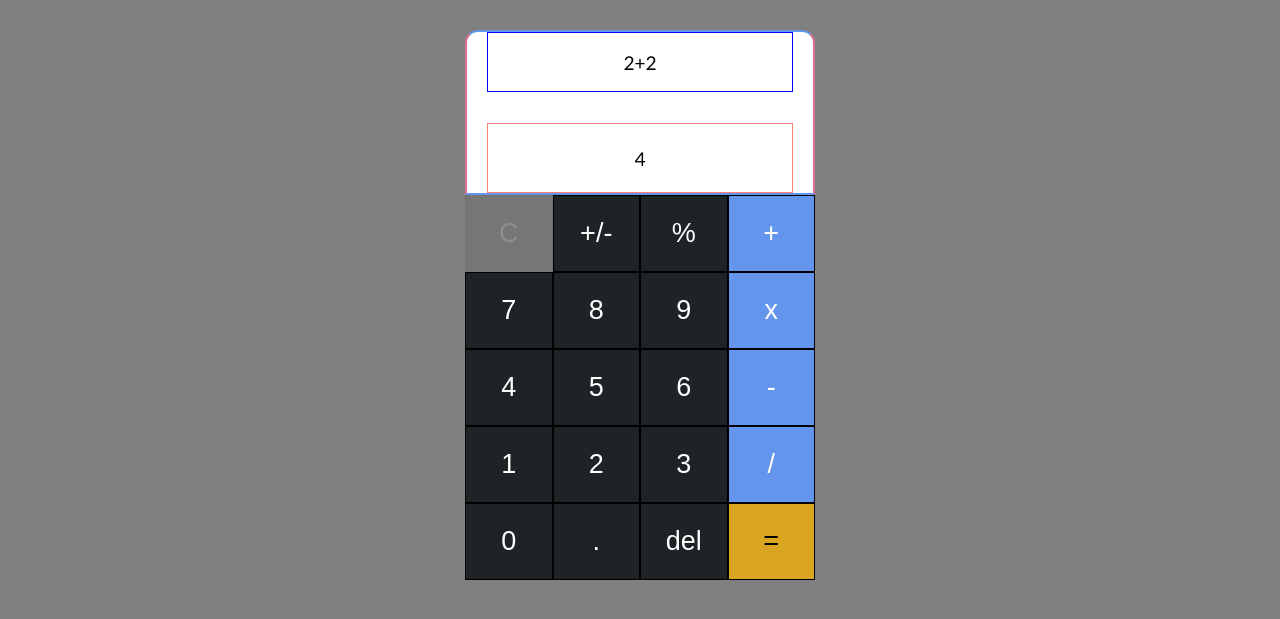
Repository: OfirLana/Calculator
Page: index.html
The author's editor kept a copy of each file at every save. The page is drawn from the files as they stood at one save, then again after the next save.
The browser window is 1280 px wide. The pictures show the whole page.
The pointer rests on the first visible `.btn`.

Above is the page before, as saved 2019-03-14 19:20:20.

### index.html
<!DOCTYPE html>
<html lang="en">

<head>
    <meta charset="UTF-8">
    <meta name="viewport" content="width=device-width, initial-scale=1.0">
    <meta http-equiv="X-UA-Compatible" content="ie=edge">
    <link href="https://fonts.googleapis.com/css?family=Lato:100,300,400,700,900" rel="stylesheet">
    <title>Document</title>
    <link rel="stylesheet" href="style.css">
</head>

<body>
    <div class="calculator">
        <div class="output_box">
            <div class="main_output">
2+2


            </div>
            <div class="sub_output">
4


            </div>
        </div>


        <div class="opeartor_box">
            <button class="btn dlt">C</button>
            <button class="btn">+/-</button>
            <button class="btn ">%</button>
            <button class="btn op">+</button>
            <button class="btn">7</button>
            <button class="btn">8</button>
            <button class="btn">9</button>
            <button class="btn op">x</button>
            <button class="btn">4</button>
            <button class="btn">5</button>
            <button class="btn">6</button>
            <button class="btn op">-</button>
            <button class="btn">1</button>
            <button class="btn">2</button>
            <button class="btn">3</button>
            <button class="btn op">/</button>
            <button class="btn">0</button>
            <button class="btn">.</button>
            <button class="btn">del</button>
            <button class="btn sum">=</button>


        </div>








    </div>
    <script src="index.js"></script>
</body>

</html>

### style.css
* {
    margin: 0;
    padding: 0;
    box-sizing: border-box;
}

html {
    font-size: 62.5%;
}

body {
    font-family: "Lato", sans-serif;
    font-size: 1.6rem;
    color: #777;
    padding: 3rem;
    background:grey;
}

.calculator {
    display: flex;
    flex-direction: column;
    margin: 0 auto;
    width: 35rem;
    height: 55rem;
    /* border: 1px solid red; */
    border-radius: 5px;
}

.output_box {
    display: flex;
    flex-direction: column;
    flex-basis: 30%;
    border: 2px solid cornflowerblue;
    border-radius: 13px 13px 0px 0px;
    border-right: 2px solid palevioletred;
    border-left: 2px solid palevioletred;
    width: 100%;
    justify-content: space-between;
    padding:0px 20px;
    background:white;
    color:black;
    font-size:19px;
}

.main_output {
    display: flex;
    border: 1px solid blue;
    height: 6rem;
    justify-content: center;
    align-items:center;
    /* background:blue; */
  /* border:1px solid tomato; */
    width:100%;
    /* background:blue; */
    text-align:end;
    overflow: hidden;
}






.sub_output {
    display: flex;
    border: 1px solid salmon;
    height: 7rem;
    /* background:red; */
    display:flex;
    justify-content: center;
    align-items: center;
    overflow: hidden;
    /* background:tomato; */
}

.opeartor_box{
    display:flex;
    /* flex-direction: column; */
    flex-wrap:wrap;
    width:100%;
    /* border:5px solid purple; */
    flex-basis:70%;
}

.btn{
    width:25%;
    height:20%;
    background:#1E2326;
    border: 1px solid black;
    color:white;
    font-size:27px;
    font-weight:100;
    cursor: pointer;
}

.btn:active{
    background:blue;
    border:1px solid black;
}
.btn:hover{
    opacity:0.1;
}
.op {
    background:cornflowerblue;
}

.sum{
    background:goldenrod;
    color:black;
}

Loaded but not shown: index.js (no copy from this time; the picture is the same without it)

After the next save:
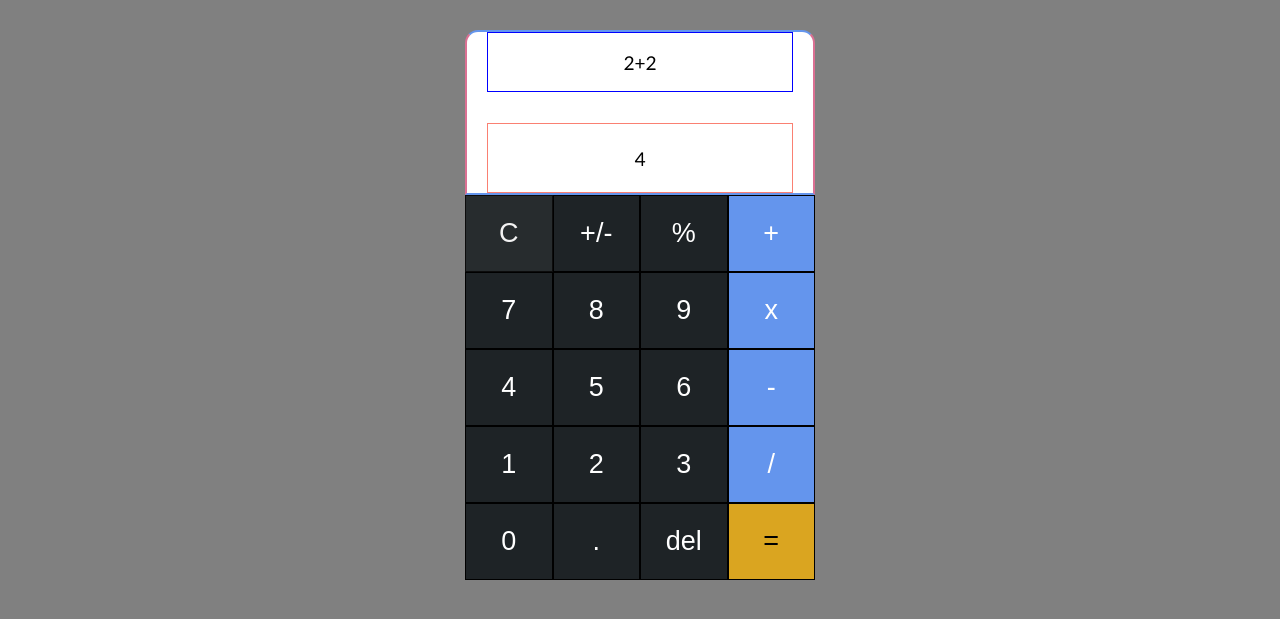
Saved 5 s later.
--- a/style.css
+++ b/style.css
@@ -98,7 +98,7 @@ body {
     border:1px solid black;
 }
 .btn:hover{
-    opacity:0.1;
+    opacity:0.9;
 }
 .op {
     background:cornflowerblue;
